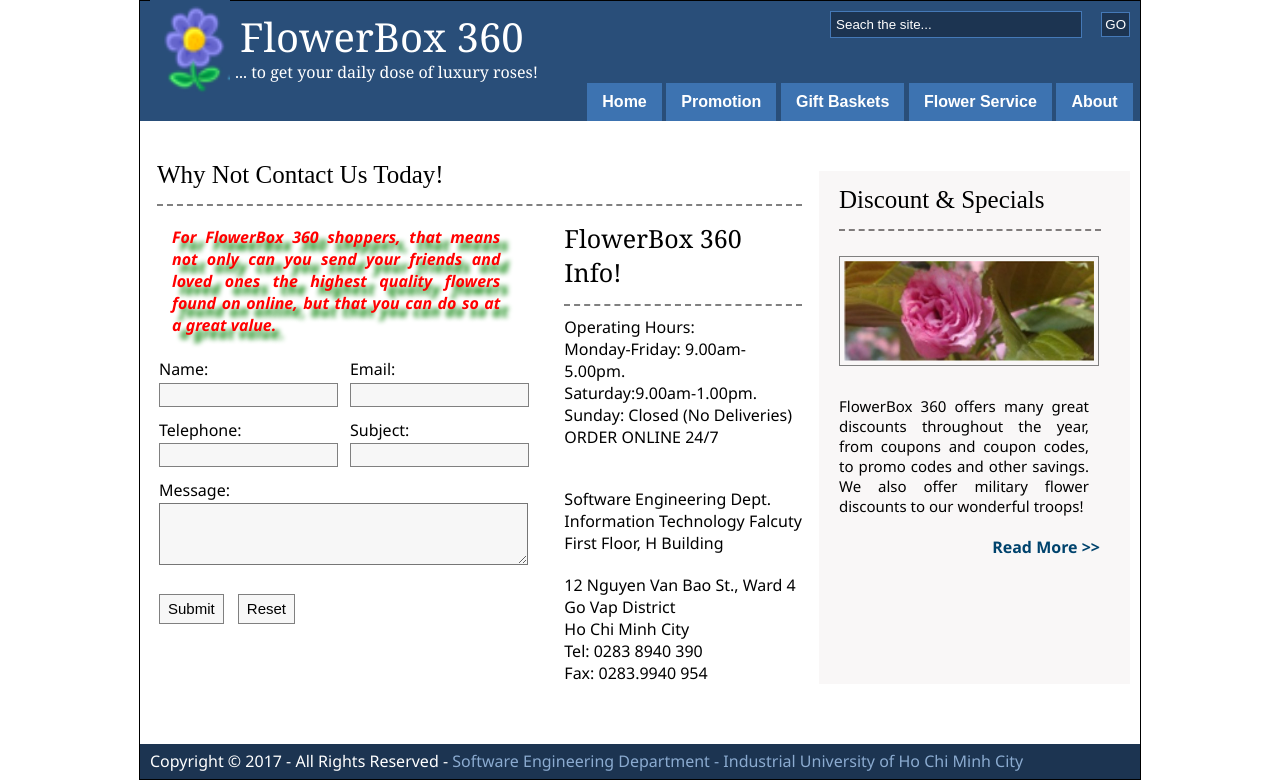
Repository: thu1365/BTKT_WEB
Page: HTML/btkt.html
These files come from the project's save history. The page is drawn as it stood at one moment and after the next save; the edit follows.
The browser window is 1280 px wide. The pictures show the whole page.

Above is the page before, as saved 2023-03-11 21:45:35.

After the next save:
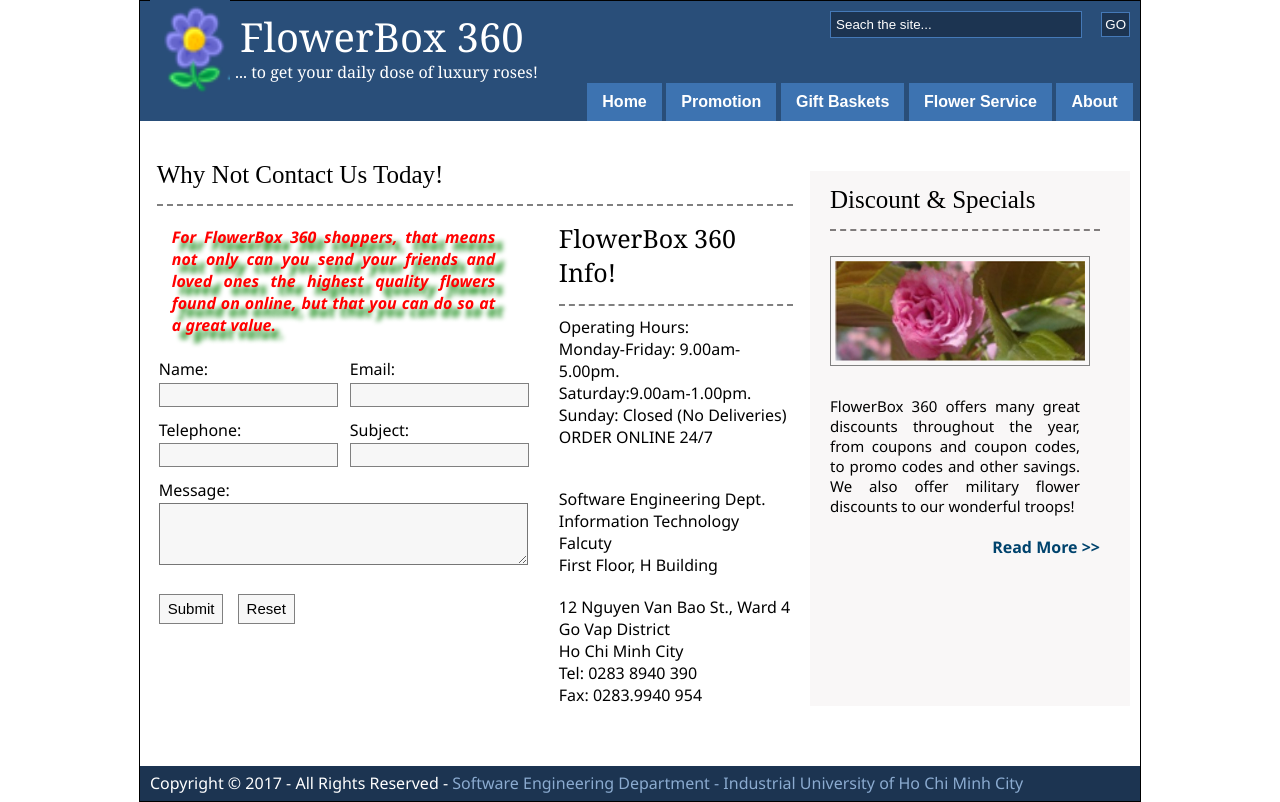
Saved 9 s later.
--- a/HTML/btkt.html
+++ b/HTML/btkt.html
@@ -241,7 +241,7 @@
 
         .p3_2 {
             width: 250px;
-            margin-right: 30px;
+            margin-right: 80px;
             float: left;
             text-align: justify;
             font-family: 'Segoe UI', Tahoma, Geneva, Verdana, sans-serif;

After the save that followed:
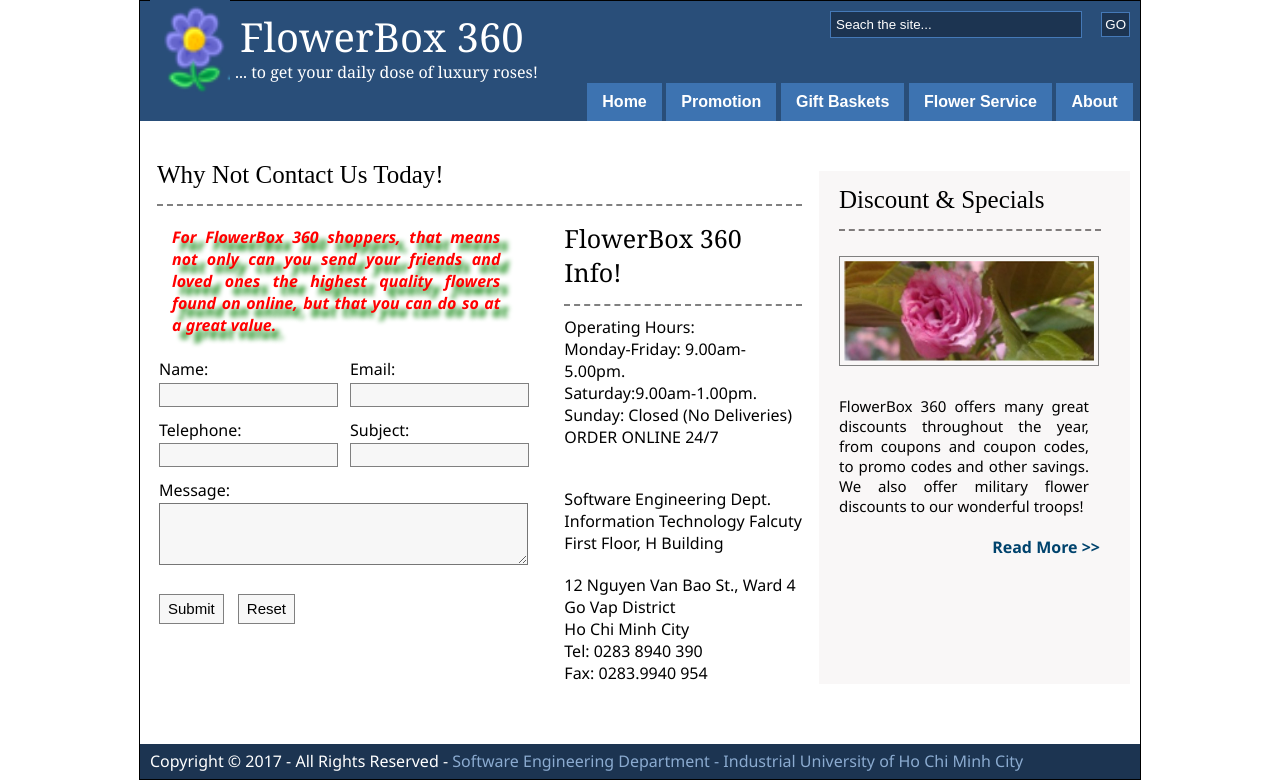
Saved 11 s later.
--- a/HTML/btkt.html
+++ b/HTML/btkt.html
@@ -241,7 +241,7 @@
 
         .p3_2 {
             width: 250px;
-            margin-right: 80px;
+            margin-right: 40px;
             float: left;
             text-align: justify;
             font-family: 'Segoe UI', Tahoma, Geneva, Verdana, sans-serif;
